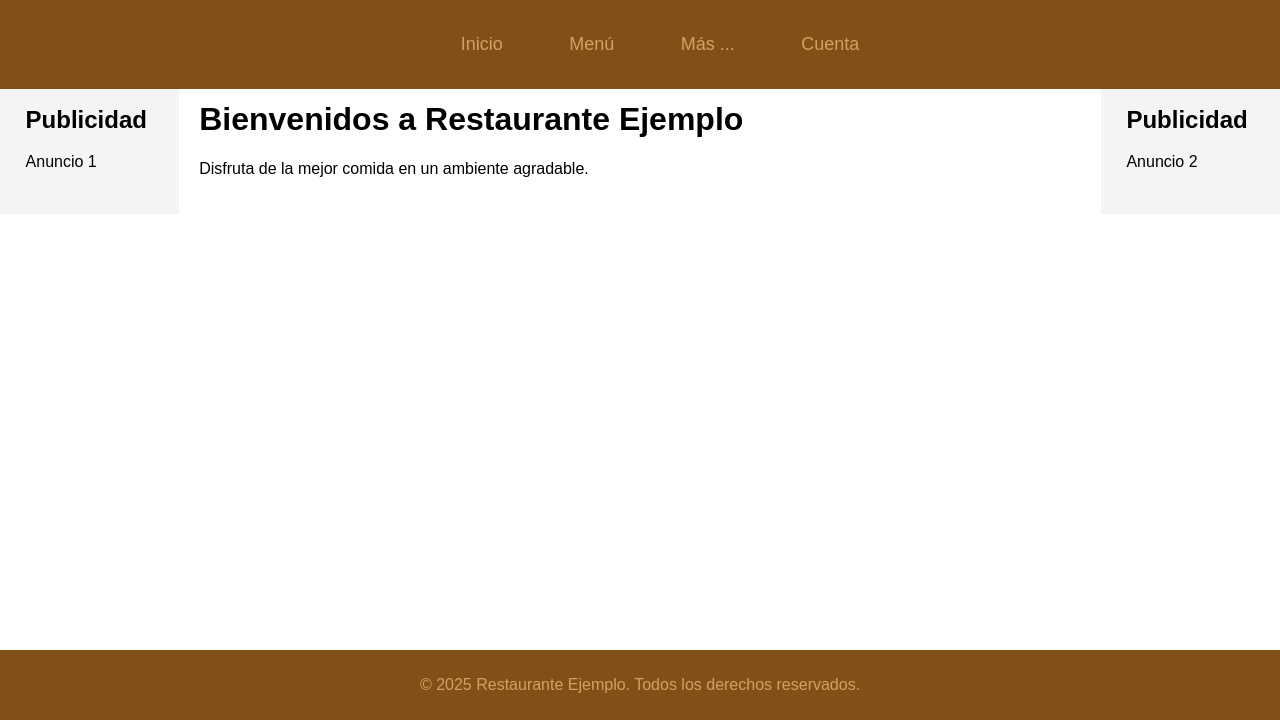
Repository: demoniers/demonIers.github.io
Page: web-lenguajes/src/index.html
These files come from the project's save history. The page is drawn as it stood at one moment and after the next save; the edit follows.
The browser window is 1280 px wide. The pictures show the whole page.

Above is the page before, as saved 2025-01-20 13:21:44.

### web-lenguajes/src/index.html
<!DOCTYPE html>
<html lang="es">
<head>
    <meta charset="UTF-8">
    <meta name="viewport" content="width=device-width, initial-scale=1.0">
    <link rel="stylesheet" href="../style/style.css">
    <link rel="stylesheet" href="../style/menu.css">
    <title>Restaurante Ejemplo</title>
    <style>
    </style>
</head>
<body>
    <div class="header">
        <nav>
            <ul>
                <li><a href="#">Inicio</a></li>
                <li><a href="">Menú</a></li>
                <li><a href="">Más ...</a>
                    <ul>
                        <li><a href="">Opcion</a></li>
                        <li><a href="">Opcion</a></li>
                    </ul>
                </li>
                <li>
                    <a href="">Cuenta</a>
                    <ul>
                        <li><a href="">Iniciar sesion</a></li>
                        <li><a href="">Registrarse</a></li>
                    </ul>
                </li>
            </ul>
        </nav>
    </div>
    <div class="container">
        <div class="sidebar">
            <h2>Publicidad</h2>
            <p>Anuncio 1</p>
        </div>
        <div class="content">
            <h1>Bienvenidos a Restaurante Ejemplo</h1>
            <p>Disfruta de la mejor comida en un ambiente agradable.</p>
            <!-- Aquí puedes agregar más contenido relevante -->
        </div>
        <div class="sidebar">
            <h2>Publicidad</h2>
            <p>Anuncio 2</p>
        </div>
    </div>
    <div class="footer">
        <p>&copy; 2025 Restaurante Ejemplo. Todos los derechos reservados.</p>
    </div>
</body>
</html>

### web-lenguajes/style/style.css
body {
    margin: 0;
    font-family: Arial, sans-serif;
    display: flex;
    flex-direction: column;
    align-items: center;
}

/* menu superior */
.header {
    position: fixed;
    top: 0;
    width: 100%;
    background-color: #815017;
    color: #d39f64;
    text-align: center;
    padding: 10px 0;
    z-index: 1000;
}

.header nav a {
    color: #d39f64;
    margin: 0 15px;
    text-decoration: none;
    font-size: 18px;
}

.header nav ul li {
    display: inline-block;
    position: relative;
}

nav ul li a {
    display: block;
    padding: 8px 16px;
    text-decoration: none;
    color: #d39f64;
}

nav ul li ul {
    display: none;
    position: absolute;
    top: 100%;
    left: 0;
    background-color: #815017;
    box-shadow: 0px 8px 16px rgba(0, 0, 0, 0.1);
}

nav ul li:hover ul {
    display: block;
}

/*###############################################################################*/

.container {
    margin-top: 60px;
    display: flex;
    justify-content: space-between;
    width: 100%;
}

.content {
    flex-grow: 1;
    padding: 20px;
}

.sidebar {
    width: 10%;
    padding: 2%;
    background-color: #f4f4f4;
}

.footer {
    background-color: #815017;
    color: #d39f64;
    text-align: center;
    padding: 10px;
    position: fixed;
    bottom: 0;
    width: 100%;
}

Loaded but not shown: web-lenguajes/style/menu.css (no stored copy; drawn as an empty file)

After the next save:
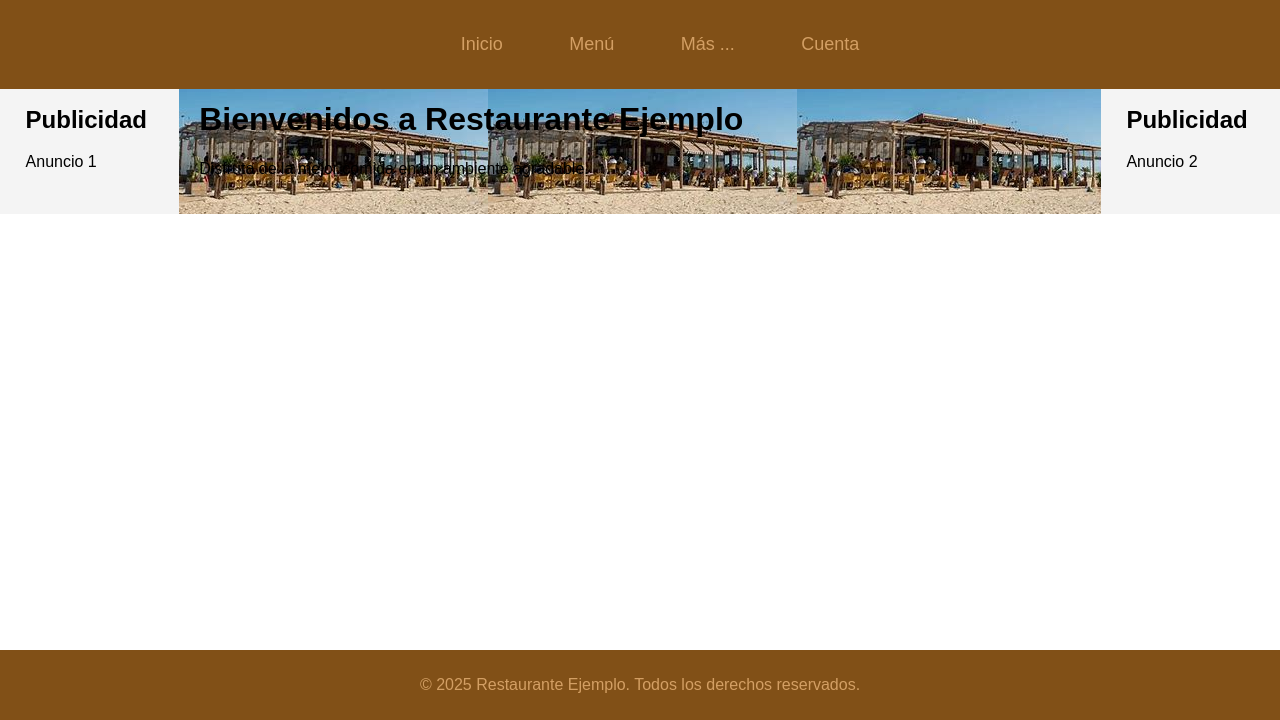
Saved 3 min 21 s later.
--- a/web-lenguajes/style/style.css
+++ b/web-lenguajes/style/style.css
@@ -51,7 +51,6 @@ nav ul li:hover ul {
 }
 
 /*###############################################################################*/
-
 .container {
     margin-top: 60px;
     display: flex;
@@ -59,9 +58,11 @@ nav ul li:hover ul {
     width: 100%;
 }
 
+/* ### CENTRO PAGINA PRINCIPAL ###*/
 .content {
     flex-grow: 1;
     padding: 20px;
+    background-image:url("../img/fondo.png");
 }
 
 .sidebar {
